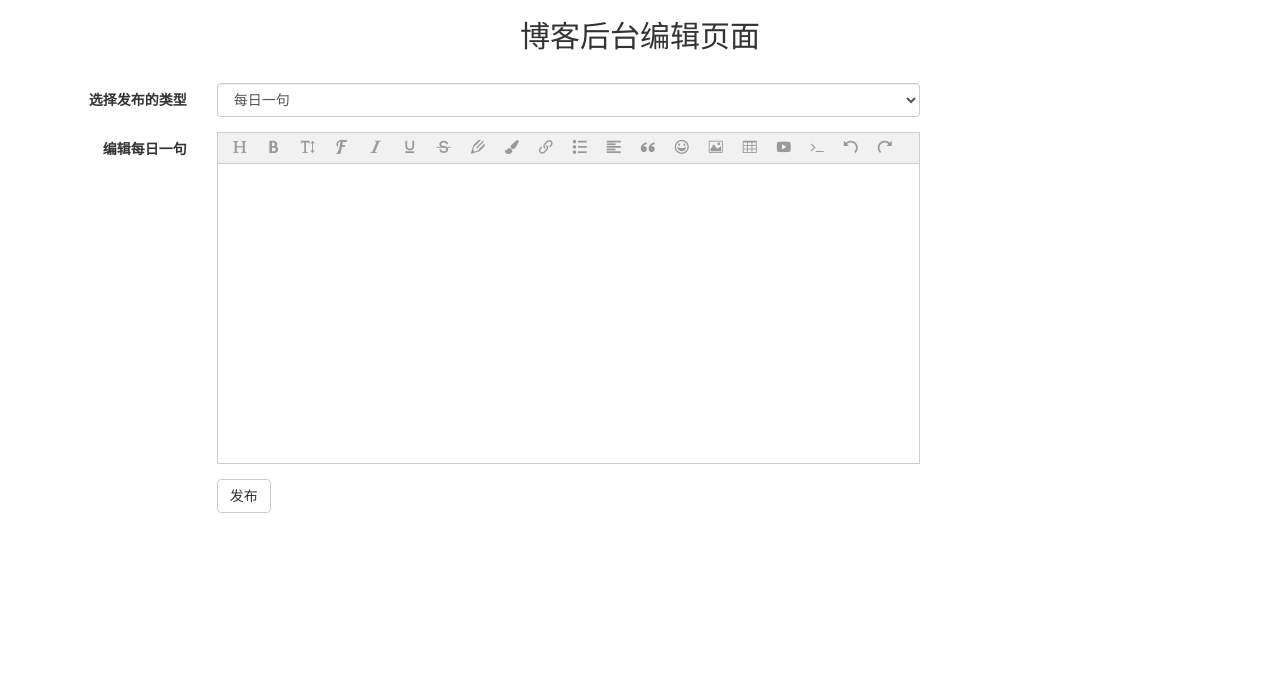
Repository: li1214/my_blog
Page: page/editor_blog_everyday.html
The author's editor kept a copy of each file at every save. The page is drawn from the files as they stood at one save, then again after a run of saves.
The browser window is 1280 px wide. The pictures show the whole page.

Above is the page before, as saved 2019-01-07 09:45:06.

After the next 2 saves:
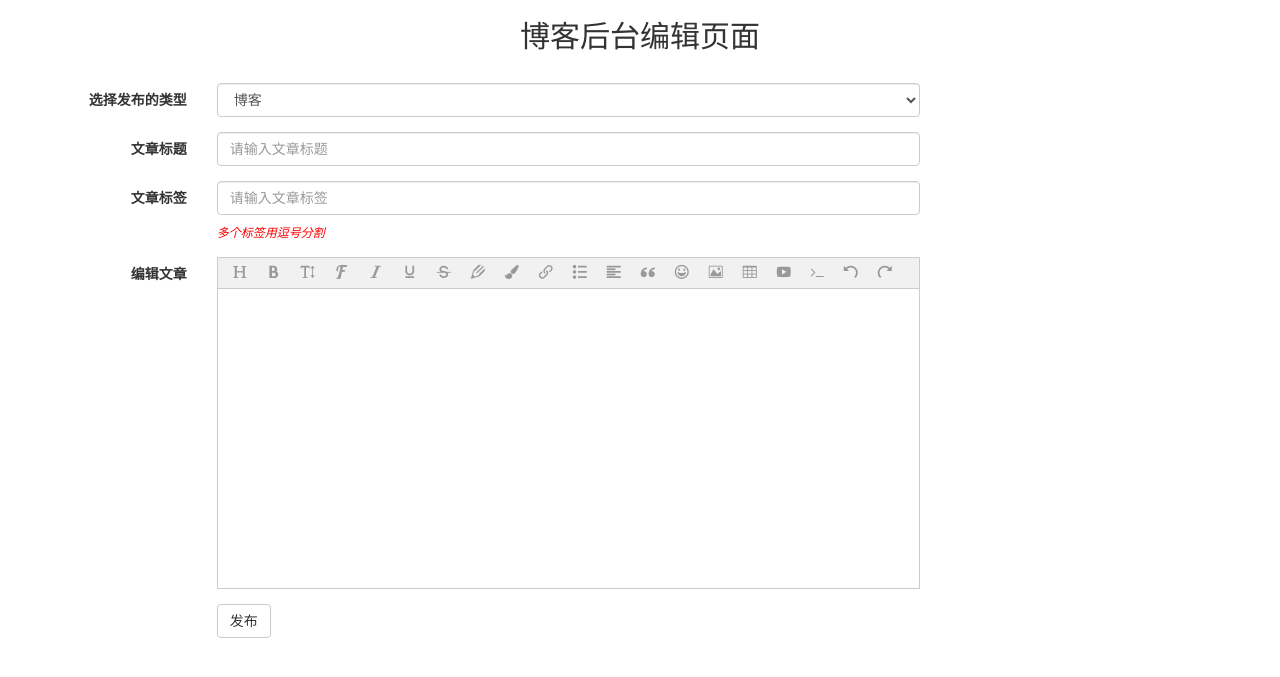
The 2 saves are shown as one change because they came seconds apart.
The last was saved 7 s later.
--- a/page/js/editor_blog_everyday.js
+++ b/page/js/editor_blog_everyday.js
@@ -2,11 +2,11 @@ var app = new Vue({
   el: "#app",
     data(){
        return {
-           type : 'everyday'
+           type : 'blog'
        }
     },
     created() {
-        this.type='everyday'
+        this.type ='blog'
         this.createEditor();
     },
     methods:{
